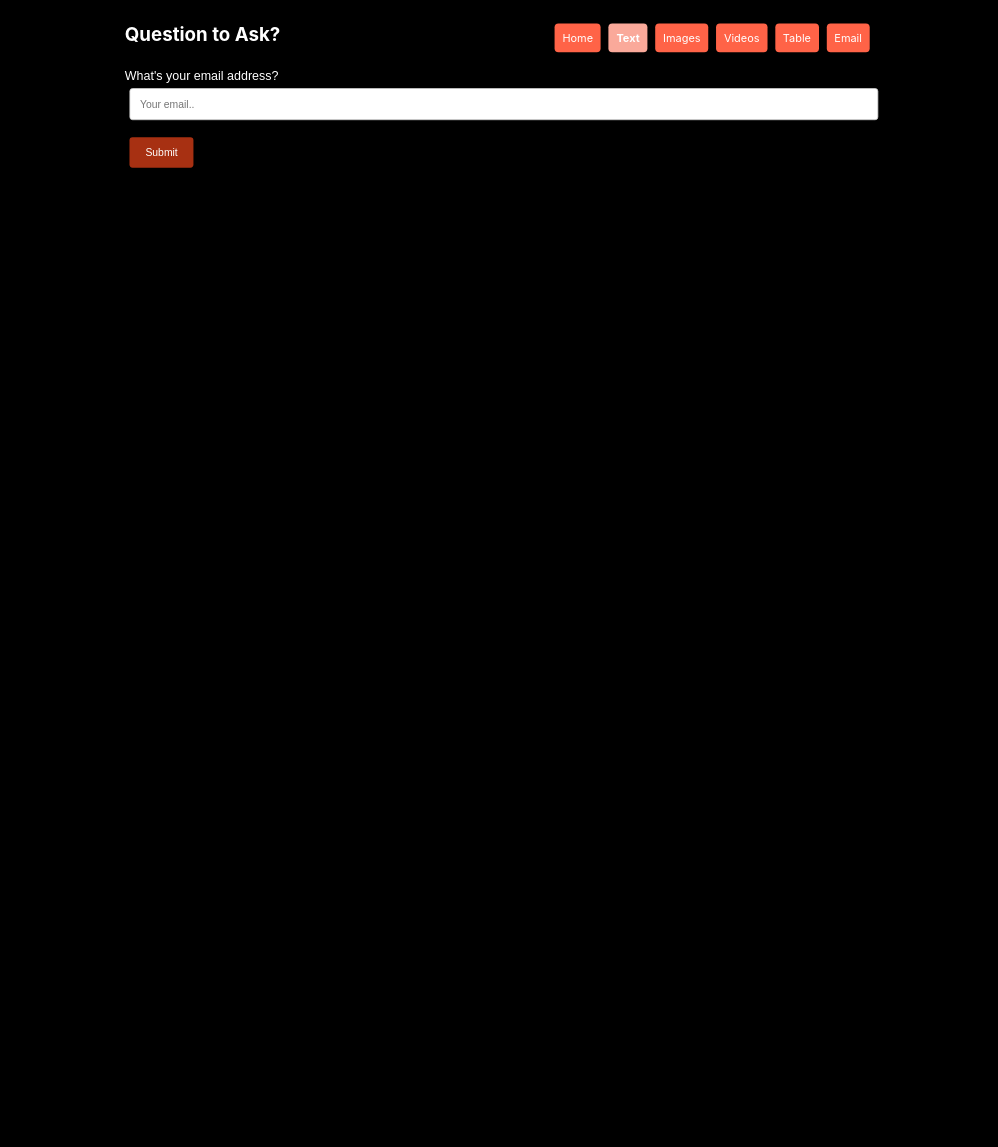
Repository: luhan68/personal_website
Page: text.html
An editor plug-in stored every save of this project. The page is shown before and after the next save, followed by the edit.
The browser window is 1280 px wide. The pictures show the whole page, at 78% of full size.

Above is the page before, as saved 2021-01-30 22:54:30.

### text.html
<div class="container">
    <link href='style.css' rel='stylesheet' type='text/css'>
    <div class="nav">
        <div class="nav-bar">
            <ul>
                <li><a href="index.html">Home</a></li>
                <li class="active-page"><a href="text.html">Text</a></li>
                <li><a href="image.html">Images</a></li>
                <li><a href="video.html">Videos</a></li>
                <li><a href="table.html">Table</a></li>
                <li><a href="email.html">Email</a></li>
            </ul>

        </div>
    </div>

    <h2 class="title">Question to Ask?</h2>
            <form>

              <label for="fname">What's your email address?</label>
              <input type="text" id="fname" name="firstname" placeholder="Your email..">
              <input type="submit" value="Submit">

            </form>

          <button class="scrollToTopBtn">☝️</button>
          <script type="text/javascript" src="script.js"></script>
</div>

### style.css
* {
    margin: 0;
    padding: 0;
}

body  {
    background-color: black;
    color: white;
    font-family: -apple-system, BlinkMacSystemFont, 'Segoe UI', Roboto, Oxygen, Ubuntu, Cantarell, 'Open Sans', 'Helvetica Neue', sans-serif;
}

.container {
    width: 75vw;
    margin: 0 auto;
	margin-top: 10px;
	height: 200vmin
}

.scrollToTopBtn {
	background-color: white;
	border: none;
	border-radius: 50%;
	color: white;
	cursor: pointer;
	font-size: 16px;
	line-height: 48px;
	width: 48px;

	/* place it at the bottom right corner */
	position: fixed;
	bottom: 30px;
	right: 30px;
	/* keep it at the top of everything else */
	z-index: 100;
	/* hide with opacity */
	opacity: 0;
	/* also add a translate effect */
	transform: translateY(100px);
	/* and a transition */
	transition: all .5s ease
  }

  .showBtn {
	opacity: 1;
	transform: translateY(0)
  }

.nav {
    width: 100%;
}

.logo {
    float: left;
    width: 120px;
  margin: 0;
  padding: 0;
}

.nav-bar {
    float: right;
}

.nav-bar ul li {
    float: left;
    list-style-type: none;
    padding: 10px;
    margin: 0 5px;
    background-color: tomato;
    font-size: 14px;
    border-radius: 5px;

    transition: all 0.5s ease-out;
}

.nav-bar ul li:hover {
    background-color: wheat;
}

.nav .active-page {
	font-weight: bold;
	background-color:rgb(250, 169, 154);
  }

a {
    color: white;
    text-decoration: none;
}


.title {
text-align: left;
margin: 30px 0;
}

.myVideo {
text-align: center;
}

.myVideo iframe {
margin: 20px 20px;
}

.fb-like {
margin-bottom: 30px;
}

.footer {
width: 100%;
background-color: #333;
text-align: center;
padding: 20px 0;
margin-top: 50px;
}


input[type=text], select, textarea {
    width: 100%; /* Full width */
    padding: 12px; /* Some padding */
    border: 1px solid #ccc; /* Gray border */
    border-radius: 4px; /* Rounded borders */
    box-sizing: border-box; /* Make sure that padding and width stays in place */
    margin-top: 6px; /* Add a top margin */
    margin-bottom: 16px; /* Bottom margin */
    resize: vertical /* Allow the user to vertically resize the textarea (not horizontally) */
  }

  input[type=submit] {
    background-color: #a73012;
    color: white;
    padding: 12px 20px;
    border: none;
    border-radius: 4px;
    cursor: pointer;
  }

  input[type=submit]:hover {
    background-color: #d10c0c;
  }


  .myGallery {
    display: grid;
    grid-gap: 20px;
    grid-template-columns: repeat(auto-fit, minmax(175px, 1fr));
  }

  .myGallery img {
    width: 100%;
  }


table {
    font-family: Arial, Helvetica, sans-serif;
    border-collapse: collapse;
    width: 100%;
  }

table td, table th {
    border: 1px solid rgb(34, 33, 33);
    padding: 8px;
  }

table tr:nth-child(even){background-color: #110f0f;}

table tr:hover {background-color: rgb(46, 43, 43);}

table th {
    padding-top: 12px;
    padding-bottom: 12px;
    text-align: left;
    background-color: #350901;
    color: white;
  }


  p,
label {
    font: 1rem 'Fira Sans', sans-serif;
}

input {
    margin: .4rem;
}


/* I refer to Paul's cool animation design on codepen and fix a few display width bugs: https://codepen.io/paulvddool/pen/yYeeVE */

#animation {
	display: block;
	margin: 20% auto;
	height: 80px;
	width: auto;
}
@media screen and (max-width: 1080px) {
	#animation {
		box-sizing: border-box;
		-moz-box-sizing: border-box;
		padding: 0px;
		width: 100%;
	}
}
@keyframes animateOnce {
	0% { transform: translateY(80px); -webkit-transform: translateY(80px); -moz-transform: translateY(80px); }
	100% { transform: translateY(0px); -webkit-transform: translateY(0px); -moz-transform: translateY(0px); }
}
@-webkit-keyframes animateOnce {
	0% { transform: translateY(80px); -webkit-transform: translateY(80px); -moz-transform: translateY(80px); }
	100% { transform: translateY(0px); -webkit-transform: translateY(0px); -moz-transform: translateY(0px); }
}
#text {
	width: 350px;
	height: 80px;
	float: left;
	overflow: hidden;
}
#text h1 {
	animation: animateOnce 0.2s;
	-webkit-animation: animateOnce 0.2s;
}
@keyframes animateFirst {
	0% { transform: translateY(80px); -webkit-transform: translateY(80px); -moz-transform:translateY(80px); }
	1% { transform: translateY(0px); -webkit-transform: translateY(0px); -moz-transform:translateY(0px); }
	14% { transform: translateY(0px); -webkit-transform: translateY(0px); -moz-transform:translateY(0px); }
	15% { transform: translateY(-80px); -webkit-transform: translateY(-80px); -moz-transform:translateY(-80px); }
	70% { transform: translateY(-80px); -webkit-transform: translateY(-80px); -moz-transform:translateY(-80px); }
	71% { transform: translateY(-160px); -webkit-transform: translateY(-160px); -moz-transform:translateY(-160px); }
	99% { transform: translateY(-160px); -webkit-transform: translateY(-160px); -moz-transform:translateY(-160px); }
	100% { transform: translateY(-240px); -webkit-transform: translateY(-240px); -moz-transform:translateY(-240px); }
}
@-webkit-keyframes animateFirst {
	0% { transform: translateY(80px); -webkit-transform: translateY(80px); -moz-transform:translateY(80px); }
	1% { transform: translateY(0px); -webkit-transform: translateY(0px); -moz-transform:translateY(0px); }
	14% { transform: translateY(0px); -webkit-transform: translateY(0px); -moz-transform:translateY(0px); }
	15% { transform: translateY(-80px); -webkit-transform: translateY(-80px); -moz-transform:translateY(-80px); }
	70% { transform: translateY(-80px); -webkit-transform: translateY(-80px); -moz-transform:translateY(-80px); }
	71% { transform: translateY(-160px); -webkit-transform: translateY(-160px); -moz-transform:translateY(-160px); }
	99% { transform: translateY(-160px); -webkit-transform: translateY(-160px); -moz-transform:translateY(-160px); }
	100% { transform: translateY(-240px); -webkit-transform: translateY(-240px); -moz-transform:translateY(-240px); }
}
@keyframes animateSecond {
	0% { transform: translateY(80px); -webkit-transform: translateY(80px); -moz-transform: translateY(80px); }
	14% { transform: translateY(80px); -webkit-transform: translateY(80px); -moz-transform: translateY(80px); }
	15% { transform: translateY(0px); -webkit-transform: translateY(0px); -moz-transform: translateY(0px); }
	29% { transform: translateY(0px); -webkit-transform: translateY(0px); -moz-transform: translateY(0px); }
	30% { transform: translateY(-80px); -webkit-transform: translateY(-80px); -moz-transform: translateY(-80px); }
	44% { transform: translateY(-80px); -webkit-transform: translateY(-80px); -moz-transform: translateY(-80px); }
	45% { transform: translateY(-160px); -webkit-transform: translateY(-160px); -moz-transform: translateY(-160px); }
	59% { transform: translateY(-160px); -webkit-transform: translateY(-160px); -moz-transform: translateY(-160px); }
	60% { transform: translateY(-240px); -webkit-transform: translateY(-240px); -moz-transform: translateY(-240px); }
	70% { transform: translateY(-240px); -webkit-transform: translateY(-240px); -moz-transform: translateY(-240px); }
	71% { transform: translateY(-320px); -webkit-transform: translateY(-320px); -moz-transform: translateY(-320px); }
	85% { transform: translateY(-320px); -webkit-transform: translateY(-320px); -moz-transform: translateY(-320px); }
	86% { transform: translateY(-400px); -webkit-transform: translateY(-400px); -moz-transform: translateY(-400px); }
	99% { transform: translateY(-400px); -webkit-transform: translateY(-400px); -moz-transform: translateY(-400px); }
	100% { transform: translateY(-480px); -webkit-transform: translateY(-480px); -moz-transform: translateY(-480px); }
}
@-webkit-keyframes animateSecond {
	0% { transform: translateY(80px); -webkit-transform: translateY(80px); -moz-transform: translateY(80px); }
	14% { transform: translateY(80px); -webkit-transform: translateY(80px); -moz-transform: translateY(80px); }
	15% { transform: translateY(0px); -webkit-transform: translateY(0px); -moz-transform: translateY(0px); }
	29% { transform: translateY(0px); -webkit-transform: translateY(0px); -moz-transform: translateY(0px); }
	30% { transform: translateY(-80px); -webkit-transform: translateY(-80px); -moz-transform: translateY(-80px); }
	44% { transform: translateY(-80px); -webkit-transform: translateY(-80px); -moz-transform: translateY(-80px); }
	45% { transform: translateY(-160px); -webkit-transform: translateY(-160px); -moz-transform: translateY(-160px); }
	59% { transform: translateY(-160px); -webkit-transform: translateY(-160px); -moz-transform: translateY(-160px); }
	60% { transform: translateY(-240px); -webkit-transform: translateY(-240px); -moz-transform: translateY(-240px); }
	70% { transform: translateY(-240px); -webkit-transform: translateY(-240px); -moz-transform: translateY(-240px); }
	71% { transform: translateY(-320px); -webkit-transform: translateY(-320px); -moz-transform: translateY(-320px); }
	85% { transform: translateY(-320px); -webkit-transform: translateY(-320px); -moz-transform: translateY(-320px); }
	86% { transform: translateY(-400px); -webkit-transform: translateY(-400px); -moz-transform: translateY(-400px); }
	99% { transform: translateY(-400px); -webkit-transform: translateY(-400px); -moz-transform: translateY(-400px); }
	100% { transform: translateY(-480px); -webkit-transform: translateY(-480px); -moz-transform: translateY(-480px); }
}
#first {
	height: 80px;
	float: left;
	margin-left: 10px;
	overflow: hidden;
}
#first ul {
	width: 230px;
	list-style: none;
	margin: 0;
	padding: 0;
	animation: animateFirst 21s infinite;
	-webkit-animation: animateFirst 21s infinite;
}

#second {
	height: 80px;
	float: left;
	margin-left: 10px;
	overflow: hidden;
}
#second ul {
	width: 300px;
	list-style: none;
	margin: 0;
	padding: 0;
	animation: animateSecond 21s infinite;
	-webkit-animation: animateSecond 21s infinite;
}

h1 {
	font-family: 'Roboto', 'Helvetica Neue', Helvetica, Arial;
	font-size: 60px;
	font-weight: 700;
	line-height: 80px;
	margin: 0px;
}
.gray {
	color: #404040;
}
.silver {
	color: #909090;
}
.lightgray {
	color: #BBB;
}
.lightergray {
	color: #DDD;
}

### script.js
var scrollToTopBtn = document.querySelector(".scrollToTopBtn")
var rootElement = document.documentElement

function handleScroll() {
  // Do something on scroll
  var scrollTotal = rootElement.scrollHeight - rootElement.clientHeight
  if ((rootElement.scrollTop / scrollTotal ) > 0.80) {
    // Show button
    scrollToTopBtn.classList.add("showBtn")
  } else {
    // Hide button
    scrollToTopBtn.classList.remove("showBtn")
  }
}

function scrollToTop() {
  // Scroll to top logic
  rootElement.scrollTo({
    top: 0,
    behavior: "smooth"
  })
}
scrollToTopBtn.addEventListener("click", scrollToTop)
document.addEventListener("scroll", handleScroll)

After the next save:
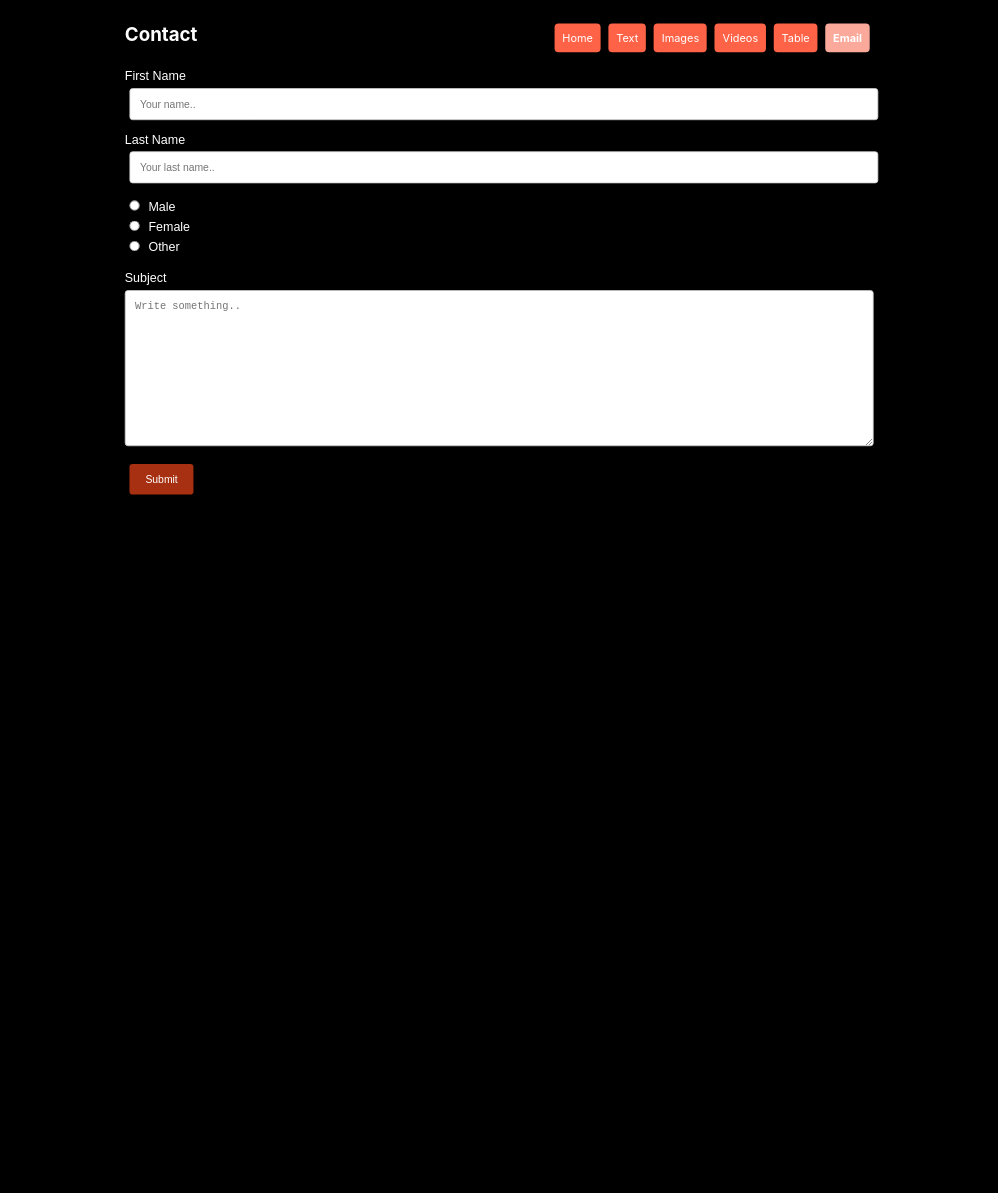
Saved 2 s later.
--- a/text.html
+++ b/text.html
@@ -1,28 +1,49 @@
 <div class="container">
-    <link href='style.css' rel='stylesheet' type='text/css'>
-    <div class="nav">
-        <div class="nav-bar">
-            <ul>
-                <li><a href="index.html">Home</a></li>
-                <li class="active-page"><a href="text.html">Text</a></li>
-                <li><a href="image.html">Images</a></li>
-                <li><a href="video.html">Videos</a></li>
-                <li><a href="table.html">Table</a></li>
-                <li><a href="email.html">Email</a></li>
-            </ul>
+  <link href='style.css' rel='stylesheet' type='text/css'>
+  <div class="nav">
+      <div class="nav-bar">
+          <ul>
+              <li><a href="index.html">Home</a></li>
+              <li><a href="text.html">Text</a></li>
+              <li><a href="image.html">Images</a></li>
+              <li><a href="video.html">Videos</a></li>
+              <li><a href="table.html">Table</a></li>
+              <li class="active-page"><a href="email.html">Email</a></li>
+          </ul>
 
+      </div>
+  </div>
+
+  <h2 class="title">Contact</h2>
+      <div class="container">
+          <form action="action_page.php">
+
+            <label for="fname">First Name</label>
+            <input type="text" id="fname" name="firstname" placeholder="Your name..">
+
+            <label for="lname">Last Name</label>
+            <input type="text" id="lname" name="lastname" placeholder="Your last name..">
+
+
+
+            <input type="radio" id="male" name="gender" value="male">
+              <label for="male">Male</label><br>
+              <input type="radio" id="female" name="gender" value="female">
+              <label for="female">Female</label><br>
+              <input type="radio" id="other" name="gender" value="other">
+              <label for="other">Other</label>
+
+
+            <br>
+            <br>
+            <label for="subject">Subject</label>
+            <textarea id="subject" name="subject" placeholder="Write something.." style="height:200px"></textarea>
+
+            <input type="submit" value="Submit">
+
+          </form>
         </div>
-    </div>
 
-    <h2 class="title">Question to Ask?</h2>
-            <form>
-
-              <label for="fname">What's your email address?</label>
-              <input type="text" id="fname" name="firstname" placeholder="Your email..">
-              <input type="submit" value="Submit">
-
-            </form>
-
-          <button class="scrollToTopBtn">☝️</button>
-          <script type="text/javascript" src="script.js"></script>
+        <button class="scrollToTopBtn">☝️</button>
+        <script type="text/javascript" src="script.js"></script>
 </div>
